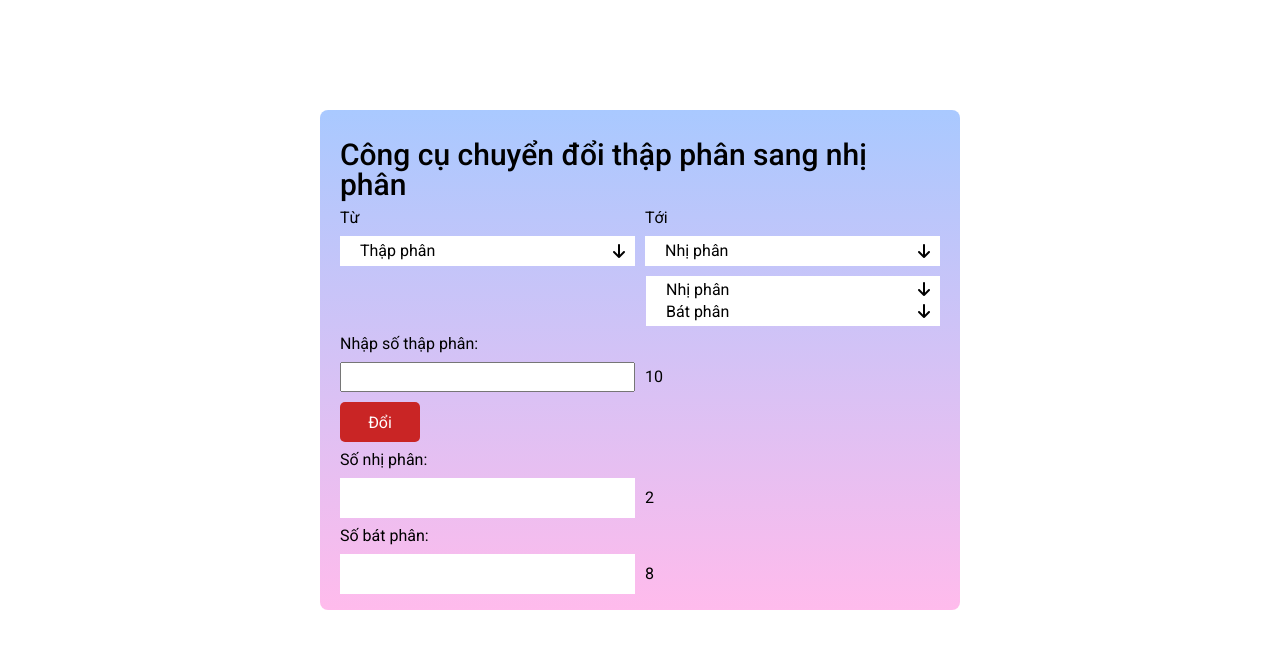
Repository: thuanpham00/covertNumber
Page: index.html
The author's editor kept a copy of each file at every save. The page is drawn from the files as they stood at one save, then again after the next save.
The browser window is 1280 px wide. The pictures show the whole page.
Some web libraries are served in a nearby version. The style sheet was rebuilt from its Sass, Less or Tailwind sources for each picture, by a compiler version that may differ from the author's.

Above is the page before, as saved 2023-11-05 16:50:12.
Console error: TypeError: Cannot read properties of null (reading 'addEventListener')

### index.html
<!DOCTYPE html>
<html lang="en">
    <head>
        <meta charset="UTF-8" />
        <meta name="viewport" content="width=device-width, initial-scale=1.0" />
        <title>Convert Number</title>
        <link rel="stylesheet" href="./assets/css/main.css" />
        <link rel="preconnect" href="https://fonts.googleapis.com" />
        <link rel="preconnect" href="https://fonts.gstatic.com" crossorigin />
        <link
            href="https://fonts.googleapis.com/css2?family=Roboto:wght@400;500;700;900&display=swap"
            rel="stylesheet"
        />
        <script src="https://kit.fontawesome.com/3115b3f4f1.js"></script>
    </head>
    <body>
        <div class="container">
            <h1 class="title">Công cụ chuyển đổi thập phân sang nhị phân</h1>
            <div class="row">
                <span class="row__desc">Từ</span>
                <span class="row__desc">Tới</span>
            </div>
            <div class="row">
                <div class="row__type">
                    <div class="row__item">Thập phân</div>
                    <div class="row__icon">
                        <i class="fa-solid fa-arrow-down"></i>
                    </div>
                </div>

                <div class="row__type">
                    <div class="row__item">Nhị phân</div>
                    <div class="row__icon">
                        <i class="fa-solid fa-arrow-down"></i>
                    </div>
                </div>
            </div>
            <div class="list">
                <div class="list__item">
                    <div class="row__item">Nhị phân</div>
                    <div class="row__icon">
                        <i class="fa-solid fa-arrow-down"></i>
                    </div>
                </div>
                <div class="list__item">
                    <div class="row__item">Bát phân</div>
                    <div class="row__icon">
                        <i class="fa-solid fa-arrow-down"></i>
                    </div>
                </div>
            </div>
            <div class="container__wrapper">
                <div class="desc">Nhập số thập phân:</div>
                <form class="form" autocomplete="off">
                    <div class="row">
                        <input
                            type="text"
                            class="form__input"
                            name="numberInput"
                            required
                        />
                        <span>10</span>
                    </div>
                    <input type="submit" class="form__submit" value="Đổi" />
                </form>

                <div class="desc">Số nhị phân:</div>
                <div class="row">
                    <div class="result">
                        <span class="result__inner"></span>
                    </div>
                    <span>2</span>
                </div>
                <div class="desc">Số bát phân:</div>
                <div class="row">
                    <div class="result">
                        <span class="result__inner inner-2"></span>
                    </div>
                    <span>8</span>
                </div>
            </div>
        </div>

        <script src="./main.js"></script>
    </body>
</html>

### main.js
// // phần nguyên: integerPart
// // phần thập phân: decimalPart
window.addEventListener("load", function () {
    function convertDecimalToBinary(number) {
        let binary = [];
        let integerPart = Math.floor(number); // làm tròn xuống
        let decimalPart = number - integerPart;

        while (integerPart > 0) {
            let number1 = integerPart % 2;
            binary.unshift(number1);
            integerPart = Math.floor(integerPart / 2);
        }
        if (decimalPart > 0) {
            binary.push(".");

            let min = 0;
            let max = 16;
            while (decimalPart > 0 && min < max) {
                decimalPart = decimalPart * 2;
                let digit = Math.floor(decimalPart);
                binary.push(digit);
                decimalPart = decimalPart - digit;
                min++;
            }
        }
        return binary.join(""); // 8.625 (10) -> 1000.101 (2)
    }

    function convertDecimalToOctal(number) {
        let binary = [];
        let integerPart = Math.floor(number); // làm tròn xuống
        let decimalPart = number - integerPart;

        while (integerPart > 0) {
            let number1 = integerPart % 8;
            binary.unshift(number1);
            integerPart = Math.floor(integerPart / 8);
        }
        if (decimalPart > 0) {
            binary.push(".");

            let min = 0;
            let max = 16;
            while (decimalPart > 0 && min < max) {
                decimalPart = decimalPart * 8;
                let digit = Math.floor(decimalPart);
                binary.push(digit);
                decimalPart = decimalPart - digit;
                min++;
            }
        }
        return binary.join(""); // 11.25 (10) -> 13.2 (8)
    }
    const result = document.querySelector(".result__inner");
    const result2 = document.querySelector(".result__inner.inner-2");
    const form = document.querySelector(".form");
    form.addEventListener("submit", function (e) {
        e.preventDefault();
        const input = parseFloat(this.elements["numberInput"].value);
        result.textContent = convertDecimalToBinary(input);
        result2.textContent = convertDecimalToOctal(input);
    });

    const listType = document.querySelector(".row__list")
    listType.addEventListener("click", function(e) {
        const typeItem = e.target.querySelector(".row__type.type-2")
        typeItem.classList.add("type")
    })
});

### scss/main.scss
html,
body,
div,
span,
applet,
object,
iframe,
h1,
h2,
h3,
h4,
h5,
h6,
p,
blockquote,
pre,
a,
abbr,
acronym,
address,
big,
cite,
code,
del,
dfn,
em,
img,
ins,
kbd,
q,
s,
samp,
small,
strike,
strong,
sub,
sup,
tt,
var,
b,
u,
i,
center,
dl,
dt,
dd,
ol,
ul,
li,
fieldset,
form,
label,
legend,
table,
caption,
tbody,
tfoot,
thead,
tr,
th,
td,
article,
aside,
canvas,
details,
embed,
figure,
figcaption,
footer,
header,
hgroup,
menu,
nav,
output,
ruby,
section,
summary,
time,
mark,
audio,
video {
    margin: 0;
    padding: 0;
    border: 0;
    font-size: 100%;
    font: inherit;
    vertical-align: baseline;
}
/* HTML5 display-role reset for older browsers */
article,
aside,
details,
figcaption,
figure,
footer,
header,
hgroup,
menu,
nav,
section {
    display: block;
}
body {
    line-height: 1;
}
ol,
ul {
    list-style: none;
}
blockquote,
q {
    quotes: none;
}
blockquote:before,
blockquote:after,
q:before,
q:after {
    content: "";
    content: none;
}
table {
    border-collapse: collapse;
    border-spacing: 0;
}

*,
::after,
::before {
    box-sizing: border-box;
}

html {
    font-size: 62.5%;
}

body {
    background: #fff;
    font-size: 1.6rem;
    font-family: "Roboto", sans-serif;
}

input,
select,
textarea,
button {
    font-size: inherit;
    font-family: inherit;
}

.container {
    background-color: #a9c9ff;
    background-image: linear-gradient(180deg, #a9c9ff 0%, #ffbbec 100%);

    border-radius: 8px;
    padding: 10px 20px;
    height: 500px;
    position: absolute;
    top: 50%;
    left: 50%;
    transform: translate(-50%, -50%);

    .title {
        margin-top: 20px;
        font-size: 3rem;
        font-weight: 500;
    }

    .row {
        margin-top: 10px;
        display: grid;
        align-items: center;
        grid-template-columns: 1fr 1fr;
        column-gap: 10px;

        .row__type {
            display: flex;
            align-items: center;
            justify-content: space-between;
            padding-left: 20px;
            padding-right: 10px;
            height: 30px;
            width: 100%;
            background: #fff;

            pointer-events: none;

            > i {
                font-size: 0.6rem;
            }
        }

        .result {
            width: 100%;
            height: 40px;
            background: #fff;
            display: flex;
            align-items: center;
            padding-left: 20px;
        }
    }

    .desc {
        margin-top: 10px;
    }

    .form__input {
        height: 30px;
        padding: 5px 0px 5px 20px;
        outline: none;
    }

    .form__submit {
        margin-top: 10px;
        width: 80px;
        height: 40px;
        border-radius: 5px;
        background: #c92525;
        color: #fff;
        outline: none;
        border: none;
    }
}

.list {
    margin-left: auto;
    margin-top: 10px;
    padding-top: 5px;
    height: 50px;
    width: 49%;
    background: #fff;

    .list__item {
        margin-bottom: 5px;
        display: flex;
        align-items: center;
        justify-content: space-between;
        padding-left: 20px;
        padding-right: 10px;

        &:hover {
            background: rgba(0, 0, 0, 0.5);
        }
    }

    &.hidden {
        opacity: 0;
        visibility: hidden;
    }

    &.visible {
        opacity: 1;
        visibility: visible;
    }
}

After the next save:
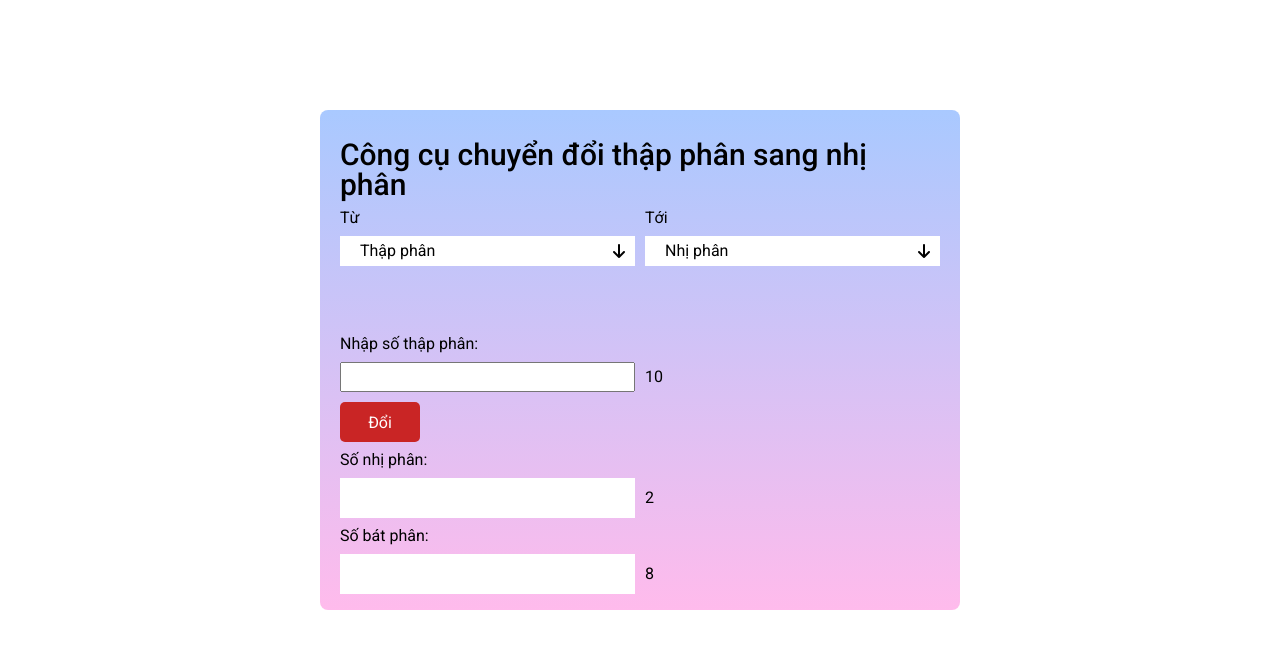
Saved 5 s later.
--- a/index.html
+++ b/index.html
@@ -35,7 +35,7 @@
                     </div>
                 </div>
             </div>
-            <div class="list">
+            <div class="list hidden">
                 <div class="list__item">
                     <div class="row__item">Nhị phân</div>
                     <div class="row__icon">
